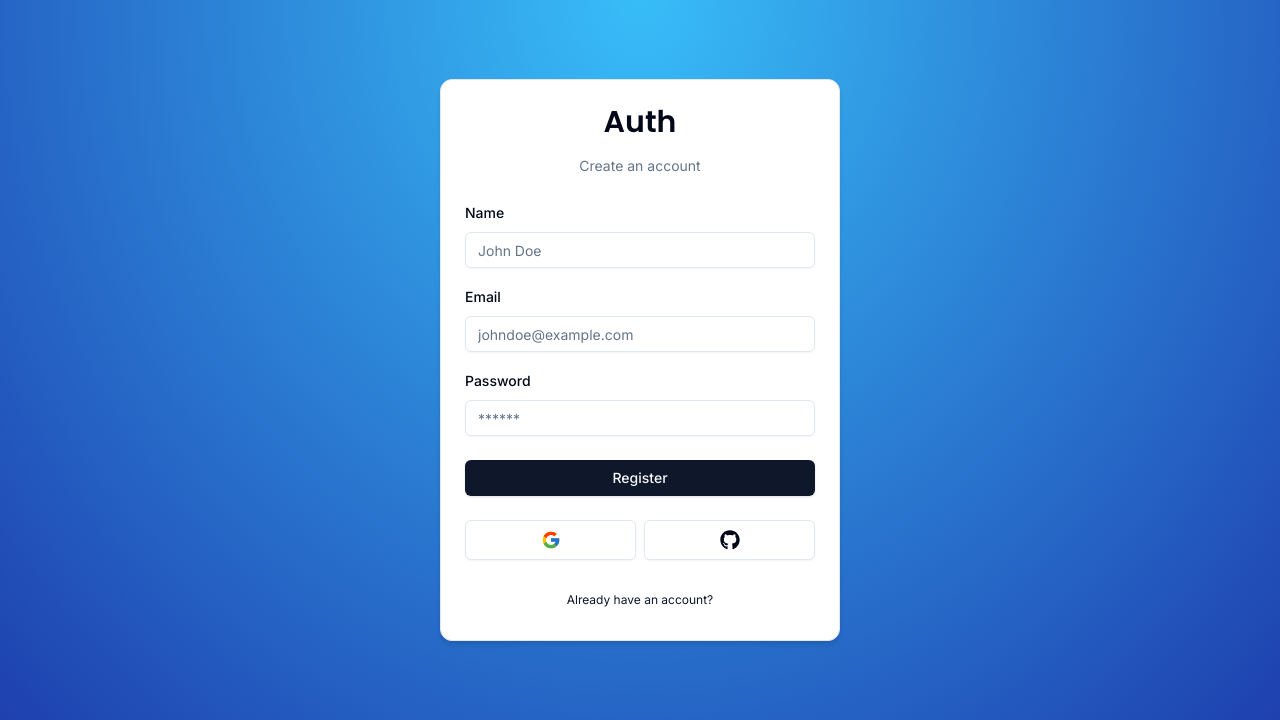
Repository: DevLaukey/next-auth-role-based
Page: /auth/register
An editor plug-in stored every save of this project. The page is shown before and after the next save, followed by the edit.
The browser window is 1280 px wide. The pictures show the whole page.
The project was rebuilt for these pictures with package versions that can differ from the ones it lists, and the page was loaded fresh each time. The framework's server and built-in components were replaced by stand-ins that run in the browser. Also part of the build but not shown: next.config.js, components/form-error.tsx, components/form-success.tsx.

Above is the page before, as saved 2024-01-16 03:29:55.

After the next save:
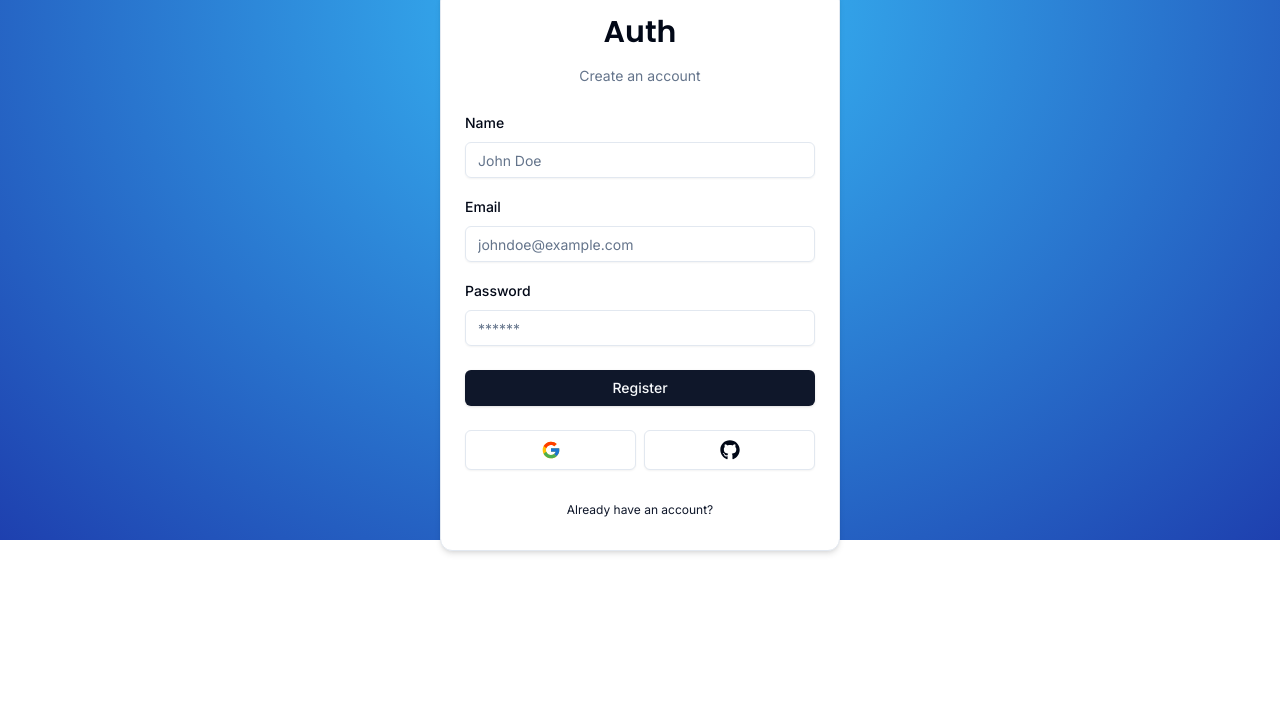
Saved 2 min 30 s later.
--- a/app/auth/layout.tsx
+++ b/app/auth/layout.tsx
@@ -2,7 +2,7 @@
 
 function AuthLayout({ children }: { children: React.ReactNode }) {
   return (
-    <div className="h-full flex items-center justify-center  bg-[radial-gradient(ellipse_at_top,_var(--tw-gradient-stops))] from-sky-400 to-blue-800">
+    <div className="h-3/4 flex items-center justify-center  bg-[radial-gradient(ellipse_at_top,_var(--tw-gradient-stops))] from-sky-400 to-blue-800">
       {children}
     </div>
   );

After the save that followed:
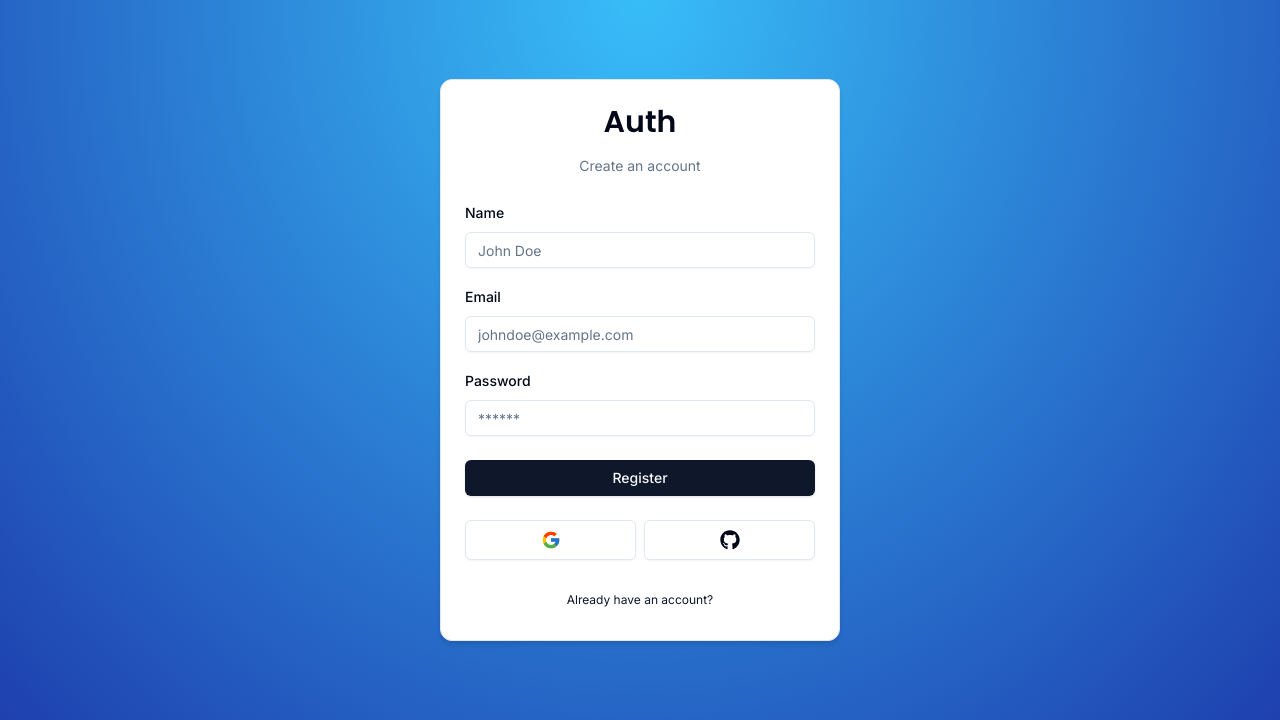
Saved 5 s later.
--- a/app/auth/layout.tsx
+++ b/app/auth/layout.tsx
@@ -2,7 +2,7 @@
 
 function AuthLayout({ children }: { children: React.ReactNode }) {
   return (
-    <div className="h-3/4 flex items-center justify-center  bg-[radial-gradient(ellipse_at_top,_var(--tw-gradient-stops))] from-sky-400 to-blue-800">
+    <div className="h-full flex items-center justify-center  bg-[radial-gradient(ellipse_at_top,_var(--tw-gradient-stops))] from-sky-400 to-blue-800">
       {children}
     </div>
   );
